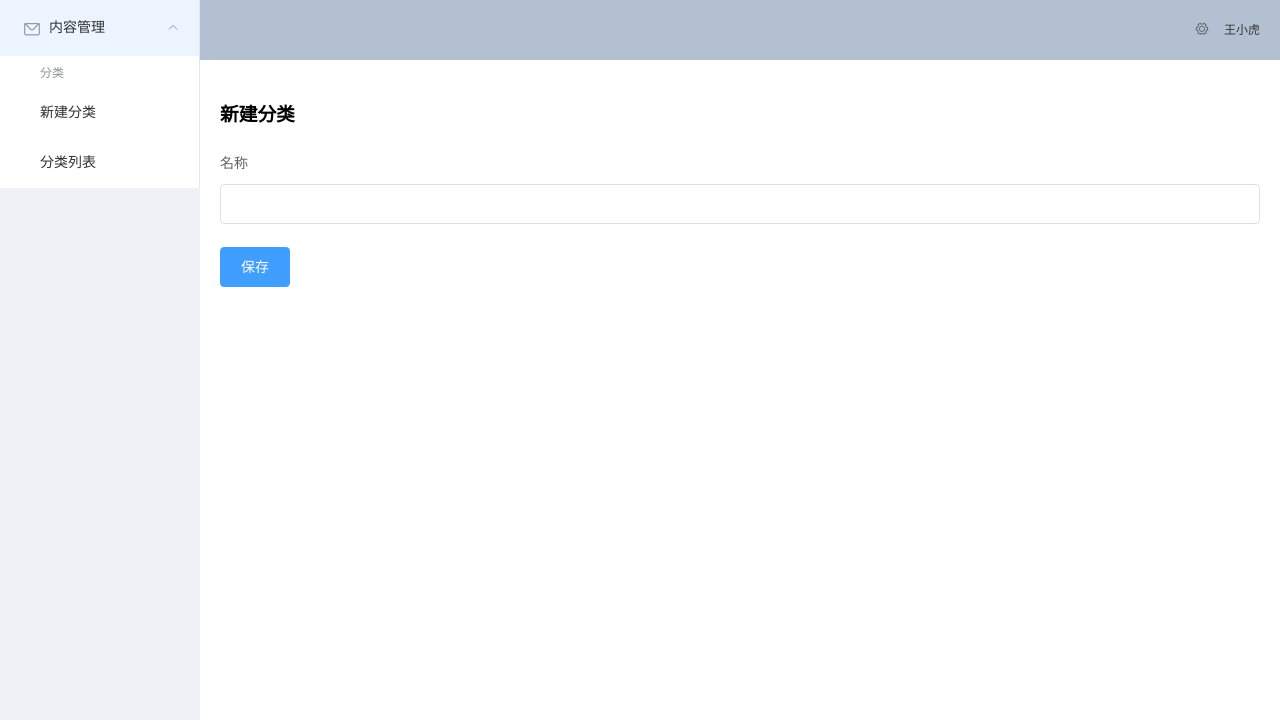
Repository: fish-zmy/wangzherongyao
Page: /#/categories/create (app in admin/)
The author's editor kept a copy of each file at every save. The page is drawn from the files as they stood at one save, then again after the next save.
The browser window is 1280 px wide. The pictures show the whole page.
The project was rebuilt for these pictures with package versions that can differ from the ones it lists, and the page was loaded fresh each time. Also part of the build but not shown: admin/vue.config.js. Imported but missing from the stored project, and not drawn on this page: admin/src/views/Home.vue.

Above is the page before, as saved 2020-06-16 16:07:05.

### admin/src/App.vue
<template>
  <div id="app">

    <router-view/>
  </div>
</template>

<style>
html,body{
  margin:0;
  padding:0;
}
</style>

### admin/src/router/index.js
import Vue from 'vue'
import VueRouter from 'vue-router'
import Home from '../views/Home.vue'
import Main from '../views/Main.vue'
import CategoryEdit from '../views/CategoryEdit.vue'

Vue.use(VueRouter)

  const routes = [
  {
    path: '/',
    name: 'main',
    component: Main,
    children:[
      {
        path:'/categories/create',
        component:CategoryEdit
      }
    ]
  },

]

const router = new VueRouter({
  routes
})

export default router

### admin/src/views/Main.vue
<template>
  <el-container style="height: 100vh">
    <el-aside width="200px" style="background-color: rgb(238, 241, 246)">
      <el-menu router :default-openeds="['1', '3']">
        <el-submenu index="1">
          <template slot="title">
            <i class="el-icon-message"></i>内容管理
          </template>
          <el-menu-item-group>
            <template slot="title">分类</template>
            <el-menu-item index="/categories/create">新建分类</el-menu-item>
            <el-menu-item index="/categories/list">分类列表</el-menu-item>
          </el-menu-item-group>
        </el-submenu>
      </el-menu>
    </el-aside>

    <el-container>
      <el-header style="text-align: right; font-size: 12px">
        <el-dropdown>
          <i class="el-icon-setting" style="margin-right: 15px"></i>
          <el-dropdown-menu slot="dropdown">
            <el-dropdown-item>查看</el-dropdown-item>
            <el-dropdown-item>新增</el-dropdown-item>
            <el-dropdown-item>删除</el-dropdown-item>
          </el-dropdown-menu>
        </el-dropdown>
        <span>王小虎</span>
      </el-header>

      <el-main>
        <router-view></router-view>
      </el-main>
    </el-container>
  </el-container>
</template>


<style>
.el-header {
  background-color: #b3c0d1;
  color: #333;
  line-height: 60px;
}

.el-aside {
  color: #333;
}
</style>

<script>
export default {
  data() {
    const item = {
      date: "2016-05-02",
      name: "王小虎",
      address: "上海市普陀区金沙江路 1518 弄"
    };
    return {
      tableData: Array(20).fill(item)
    };
  }
};
</script>

### admin/src/views/CategoryEdit.vue
<template>
    <div class="about">
       <h1>新建分类</h1>
       <el-form>
          <el-form-item label="名称">
            <el-input></el-input>
          </el-form-item>
          <el-form-item>
             <el-button type ="primary" native-type="submit">保存</el-button>
          </el-form-item>
       </el-form>
    </div>
</template>

Loaded but not shown: admin/public/index.html (common file); admin/src/main.js (common file); admin/src/plugins/element.js (common file)

After the next save:
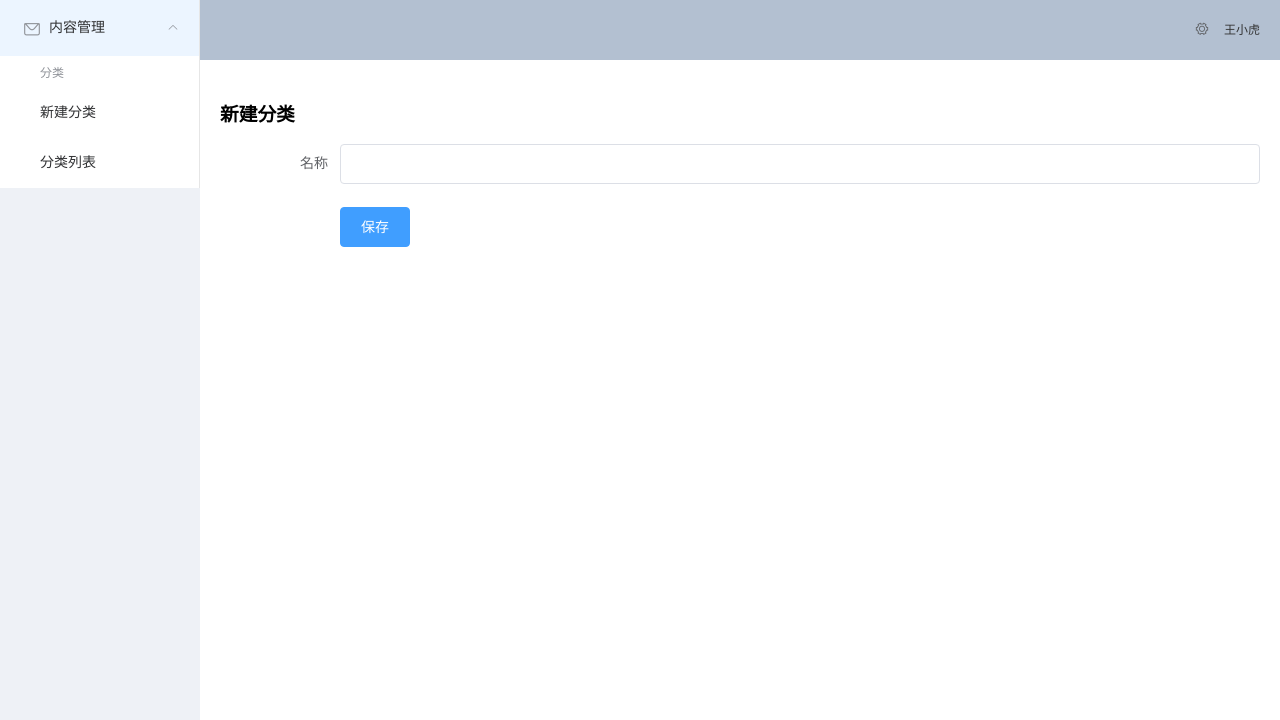
Saved 43 s later.
--- a/admin/src/views/CategoryEdit.vue
+++ b/admin/src/views/CategoryEdit.vue
@@ -1,7 +1,7 @@
 <template>
     <div class="about">
        <h1>新建分类</h1>
-       <el-form>
+       <el-form label-width ="120px">
           <el-form-item label="名称">
             <el-input></el-input>
           </el-form-item>
